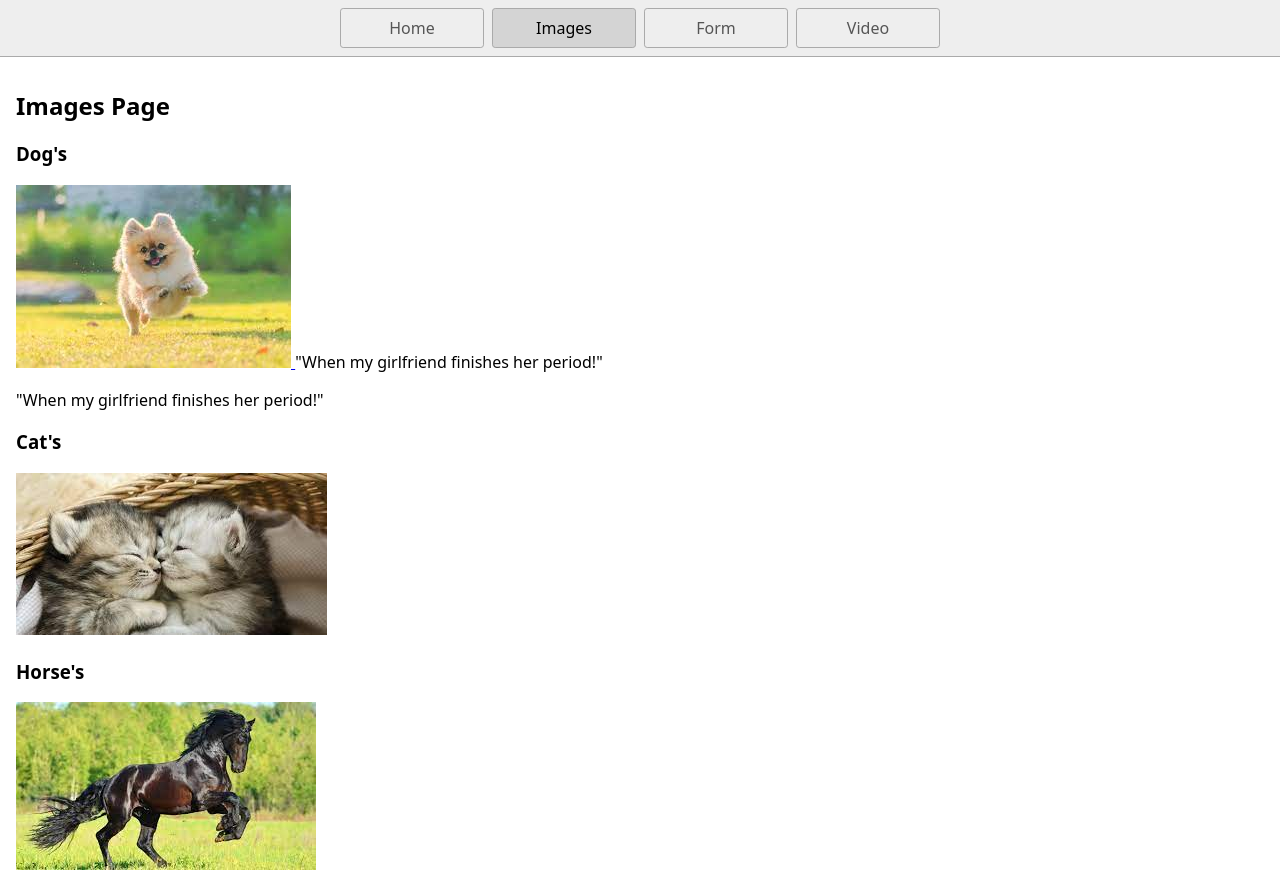
Repository: sebas6292/palmTree-Final
Page: Images.html
The author's editor kept a copy of each file at every save. The page is drawn from the files as they stood at one save, then again after the next save.
The browser window is 1280 px wide. The pictures show the whole page.

Above is the page before, as saved 2023-05-26 20:22:23.
Not found: script.js

After the next save:
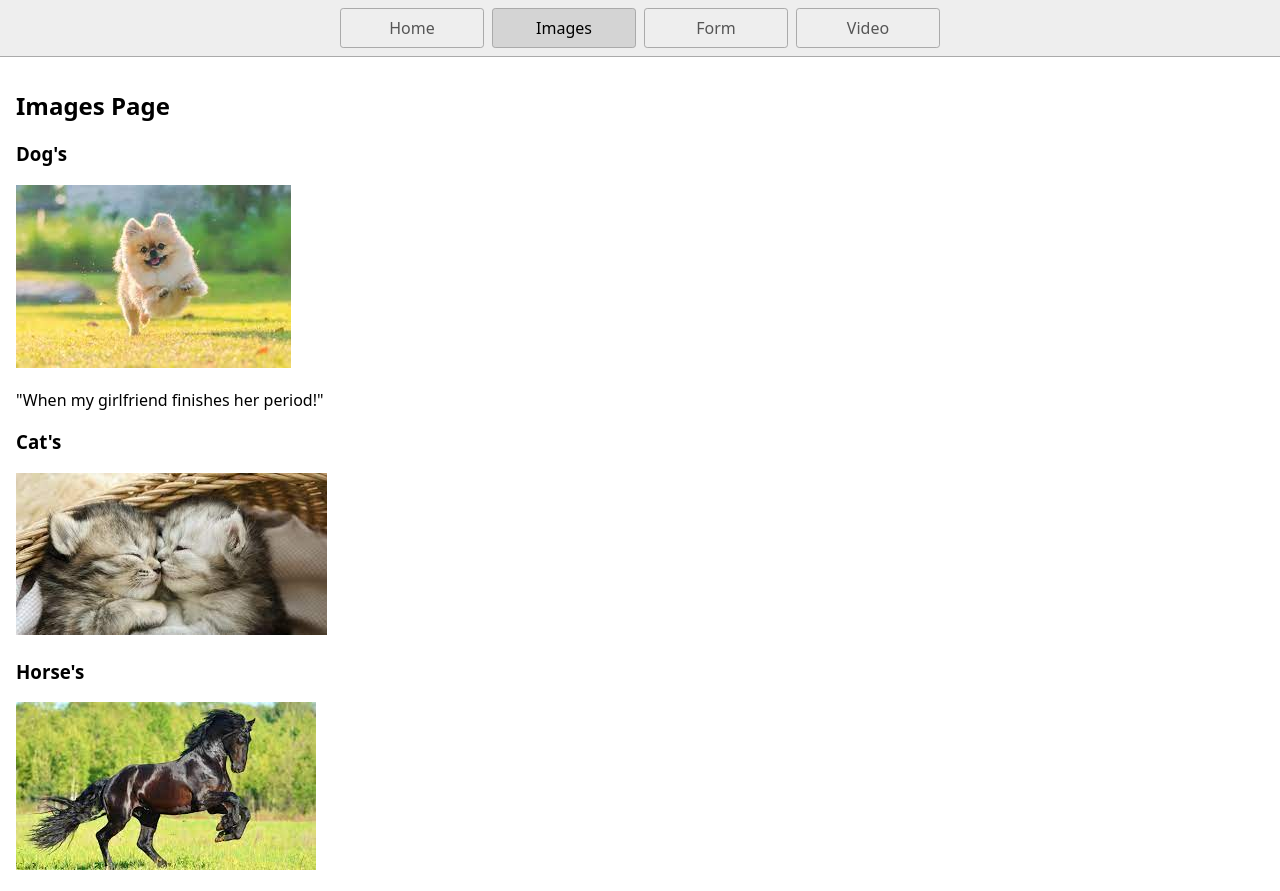
Saved 39 s later.
--- a/Images.html
+++ b/Images.html
@@ -22,8 +22,8 @@
           <a
             href="https://www.google.com/search?q=dogs&tbm=isch&chips=q:dogs,g_1:small:r1TFEtqsli4%3D&hl=en&sa=X&ved=2ahUKEwiJss3arpT_AhWmCEQIHRbZAYwQ4lYoBHoECAEQNw&biw=1425&bih=709#imgrc=nmekZO4gLL_5nM"
           >
-            <p><img src="./Assets/dog.jpeg" />
-          </a>"When my girlfriend finishes her period!"</p>
+            <img src="./Assets/dog.jpeg" />
+          </a>
           <p>"When my girlfriend finishes her period!"</p>
           <h3>Cat's</h3>
           <a
